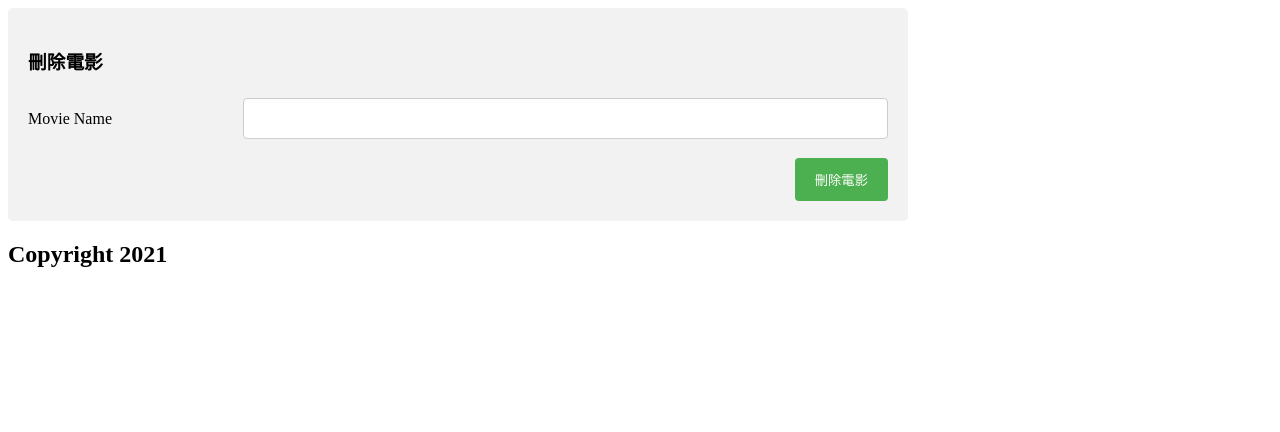
Repository: PEICHI26/Cinema
Page: http://localhost/Cinema/Delete.jsp
The author's editor kept a copy of each file at every save. The page is drawn from the files as they stood at one save, then again after the next save.
The browser window is 1280 px wide. The pictures show the whole page.
The page is served by Tomcat 9. Nobody is signed in. The application's start-up code is not run. Other server files are loaded and not shown.

Above is the page before, as saved 2021-12-18 02:36:41.

### Cinema/src/main/webapp/Delete.jsp
<%@ page language="java" contentType="text/html; charset=UTF-8"
	pageEncoding="UTF-8"%>
<!DOCTYPE html>
<html>
<head>
<meta charset="UTF-8">
<title>Delete Movie</title>
<style>
* {
	box-sizing: border-box;
}

input[type=text], select, textarea {
	width: 100%;
	padding: 12px;
	border: 1px solid #ccc;
	border-radius: 4px;
	resize: vertical;
}

label {
	padding: 12px 12px 12px 0;
	display: inline-block;
}

input[type=submit] {
	background-color: #4CAF50;
	color: white;
	padding: 12px 20px;
	border: none;
	border-radius: 4px;
	cursor: pointer;
	float: right;
}

input[type=submit]:hover {
	background-color: #45a049;
}

.container {
	border-radius: 5px;
	background-color: #f2f2f2;
	padding: 20px;
	width: 900px;
}

.col-25 {
	float: left;
	width: 25%;
	margin-top: 6px;
}

.col-75 {
	float: left;
	width: 75%;
	margin-top: 6px;
}

/* Clear floats after the columns */
.row:after {
	content: "";
	display: table;
	clear: both;
}

/* Responsive layout - when the screen is less than 600px wide, make the two columns stack on top of each other instead of next to each other */
@media screen and (max-width: 600px) {
	.col-25, .col-75, input[type=submit] {
		width: 100%;
		margin-top: 0;
	}
}
</style>
</head>
<body>
	<div class="container">
		<h3>刪除電影</h3>
		<form action="MovieServlet" method="post">
			<div class="row">
				<div class="col-25">
					<label for="moviename">Movie Name</label>
				</div>
				<div class="col-75">
					<input type="text" id="moviename" name="moviename" placeholder="">
				</div>
			</div>
			<br>
			<div class="row">
				<input type="submit" name="DELETE" value="刪除電影">
			</div>
		</form>
	</div>

	<%@ include file="copyright.jspf"%>
</body>
</html>

### Cinema/src/main/webapp/copyright.jspf
<h2> Copyright   2021 </h2>

After the next save:
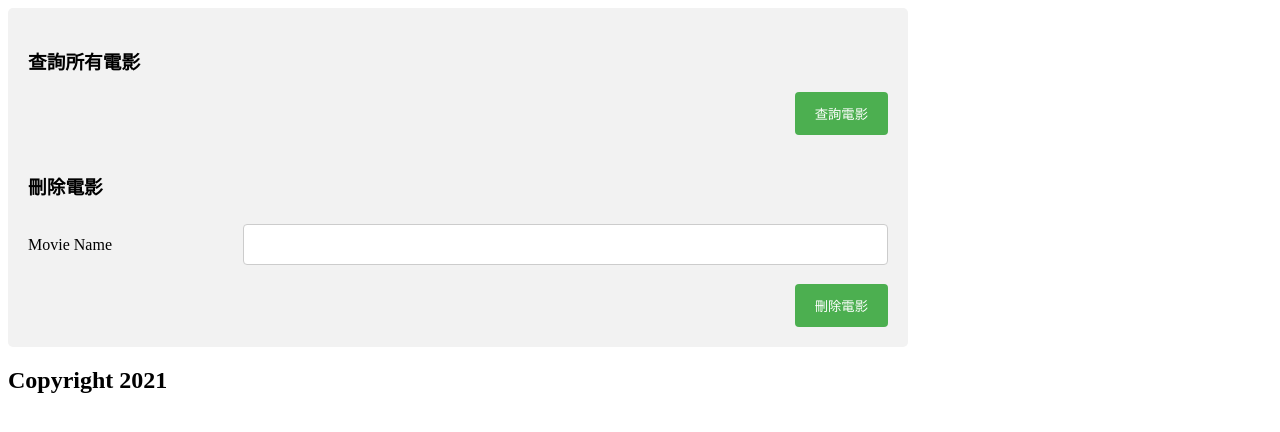
Saved 13 min 0 s later.
--- a/Cinema/src/main/webapp/Delete.jsp
+++ b/Cinema/src/main/webapp/Delete.jsp
@@ -74,6 +74,11 @@ input[type=submit]:hover {
 </head>
 <body>
 	<div class="container">
+		<h3>查詢所有電影</h3>
+		<div class="row">
+				<input type="submit" name="QUERY" value="查詢電影">
+		</div>
+		<br>
 		<h3>刪除電影</h3>
 		<form action="MovieServlet" method="post">
 			<div class="row">
